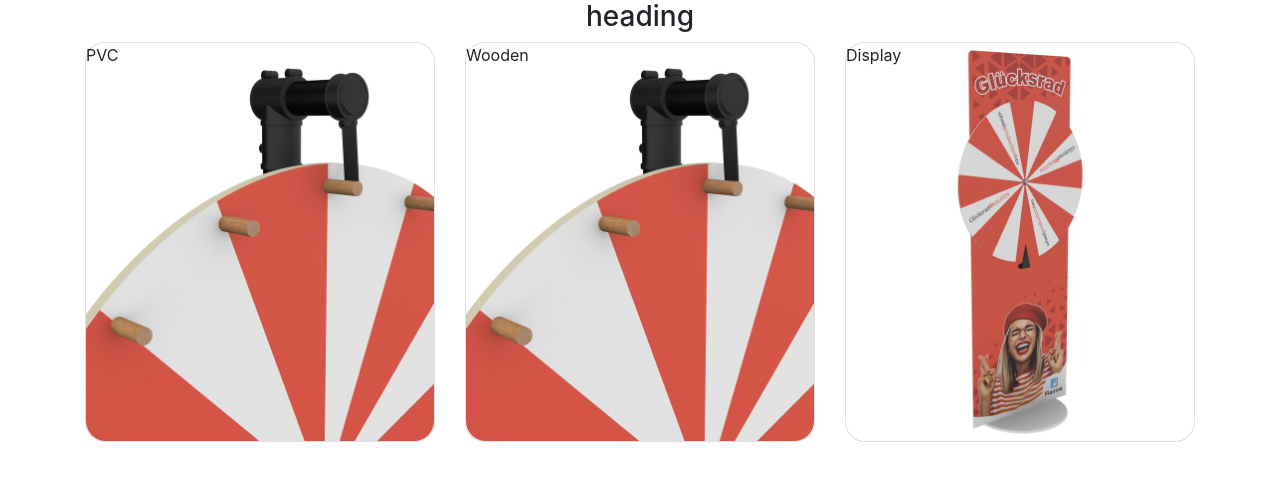
Repository: Awaisp-irfan/fahad-project
Page: index.html
An editor plug-in stored every save of this project. The page is shown before and after the next save, followed by the edit.
The browser window is 1280 px wide. The pictures show the whole page.

Above is the page before, as saved 2022-06-30 07:03:40.

### index.html
<!DOCTYPE html>
<html lang="en">
<head>
    <meta charset="UTF-8">
    <meta http-equiv="X-UA-Compatible" content="IE=edge">
    <link rel="stylesheet" href="./style.css">
    <link rel="stylesheet" href="https://cdn.jsdelivr.net/npm/bootstrap@4.6.1/dist/css/bootstrap.min.css" integrity="sha384-zCbKRCUGaJDkqS1kPbPd7TveP5iyJE0EjAuZQTgFLD2ylzuqKfdKlfG/eSrtxUkn" crossorigin="anonymous">
    <meta name="viewport" content="width=device-width, initial-scale=1.0">
    <title>Document</title>
</head>
<body>
    <div class="container">
        <div class="row">
            <div class="col-12 d-flex justify-content-center">
                <h3>
                   heading
                </h3>
            </div>
        </div>

        <div class="row">
            <div class="col-lg-4">
                <div class="card  img-div ">
               <div class="pvc">
                PVC
               </div>
                </div>
            </div>
            <div class="col-lg-4">
                <div class="card img-div">
                 <div class="wooden ">
                    Wooden
                 </div>
                </div>
            </div>
            <div class="col-lg-4">
                <div class="card  img-div">
                    <div class="display">
                        Display
                    </div>
                </div>
            </div>
        </div>
    </div>


    <script src="https://cdn.jsdelivr.net/npm/jquery@3.5.1/dist/jquery.slim.min.js" integrity="sha384-DfXdz2htPH0lsSSs5nCTpuj/zy4C+OGpamoFVy38MVBnE+IbbVYUew+OrCXaRkfj" crossorigin="anonymous"></script>
    <script src="https://cdn.jsdelivr.net/npm/popper.js@1.16.1/dist/umd/popper.min.js" integrity="sha384-9/reFTGAW83EW2RDu2S0VKaIzap3H66lZH81PoYlFhbGU+6BZp6G7niu735Sk7lN" crossorigin="anonymous"></script>
    <script src="https://cdn.jsdelivr.net/npm/bootstrap@4.6.1/dist/js/bootstrap.bundle.min.js" integrity="sha384-fQybjgWLrvvRgtW6bFlB7jaZrFsaBXjsOMm/tB9LTS58ONXgqbR9W8oWht/amnpF" crossorigin="anonymous"></script>
</body>
</html>

### style.css
.pvc{
    background-image: url(./assests/2289977149.jpg);
    background-size: cover;
    background-position: center;
    background-repeat: no-repeat;
    height: 100%;
    border-radius: 20px;
}

.col-lg-4> .img-div{
    height: 400px;
    border-radius: 20px;
}

.wooden{
    background-image: url(./assests/wooden.jpg);
    background-size: cover;
    background-position: center;
    background-repeat: no-repeat;
    height: 100%;
    border-radius: 20px;
}

.display{
    background-image: url(./assests/display.jpg);
    background-size: cover;
    background-position: center;
    background-repeat: no-repeat;
    height: 100%;
    border-radius: 20px;
}

After the next save:
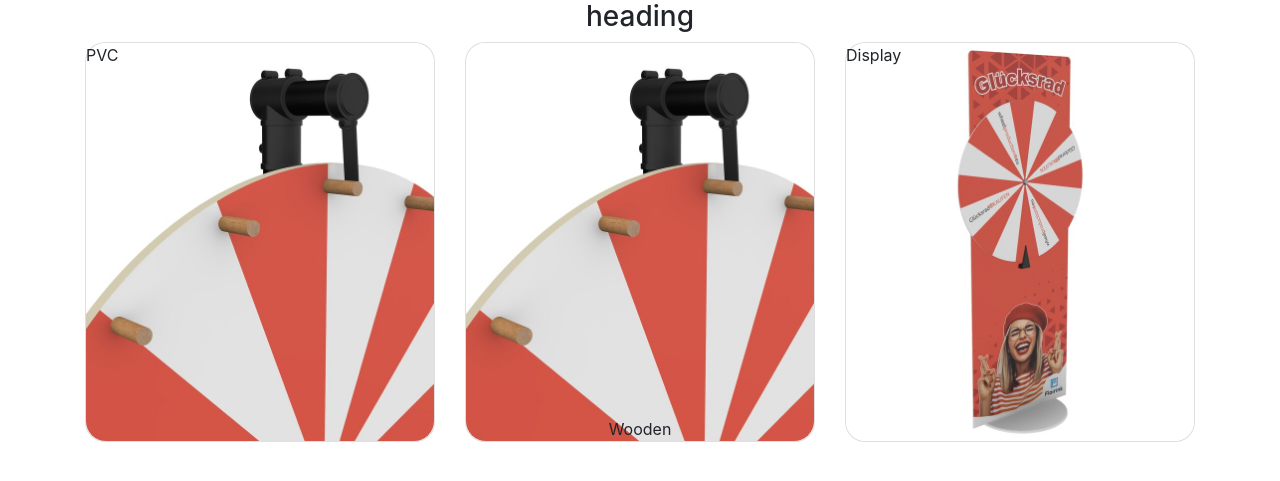
Saved 39 s later.
--- a/index.html
+++ b/index.html
@@ -28,7 +28,7 @@
             </div>
             <div class="col-lg-4">
                 <div class="card img-div">
-                 <div class="wooden ">
+                 <div class="wooden d-flex justify-content-center align-items-end ">
                     Wooden
                  </div>
                 </div>
